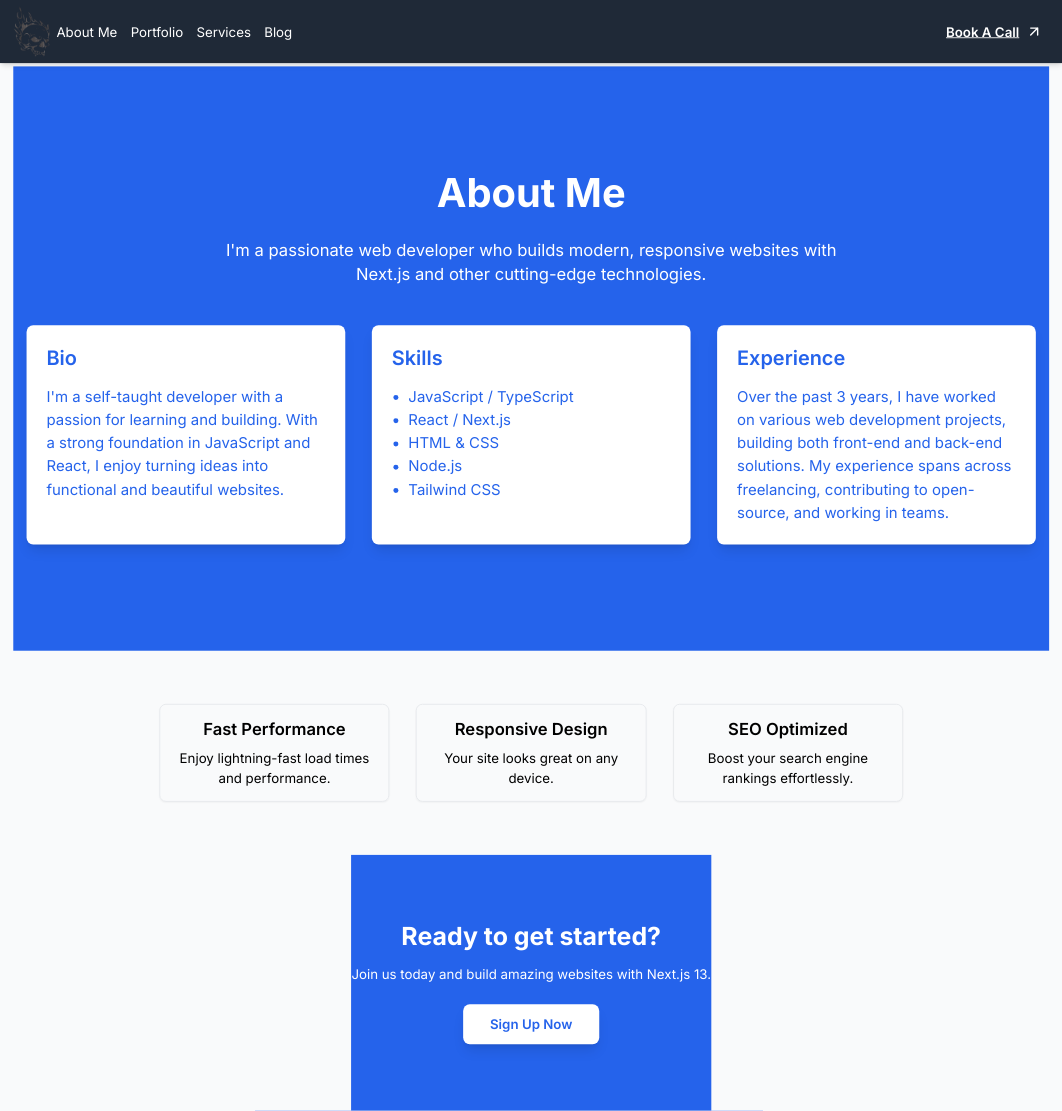
Repository: TheSecretlifeOfX/landing1
Page: /
These files come from the project's save history. The page is drawn as it stood at one moment and after the next save; the edit follows.
The browser window is 1280 px wide. The pictures show the whole page, at 83% of full size.
The project was rebuilt for these pictures with package versions that can differ from the ones it lists, and the page was loaded fresh each time. The framework's server and built-in components were replaced by stand-ins that run in the browser. Also part of the build but not shown: next.config.js.

Above is the page before, as saved 2024-11-14 13:40:25.

After the next save:
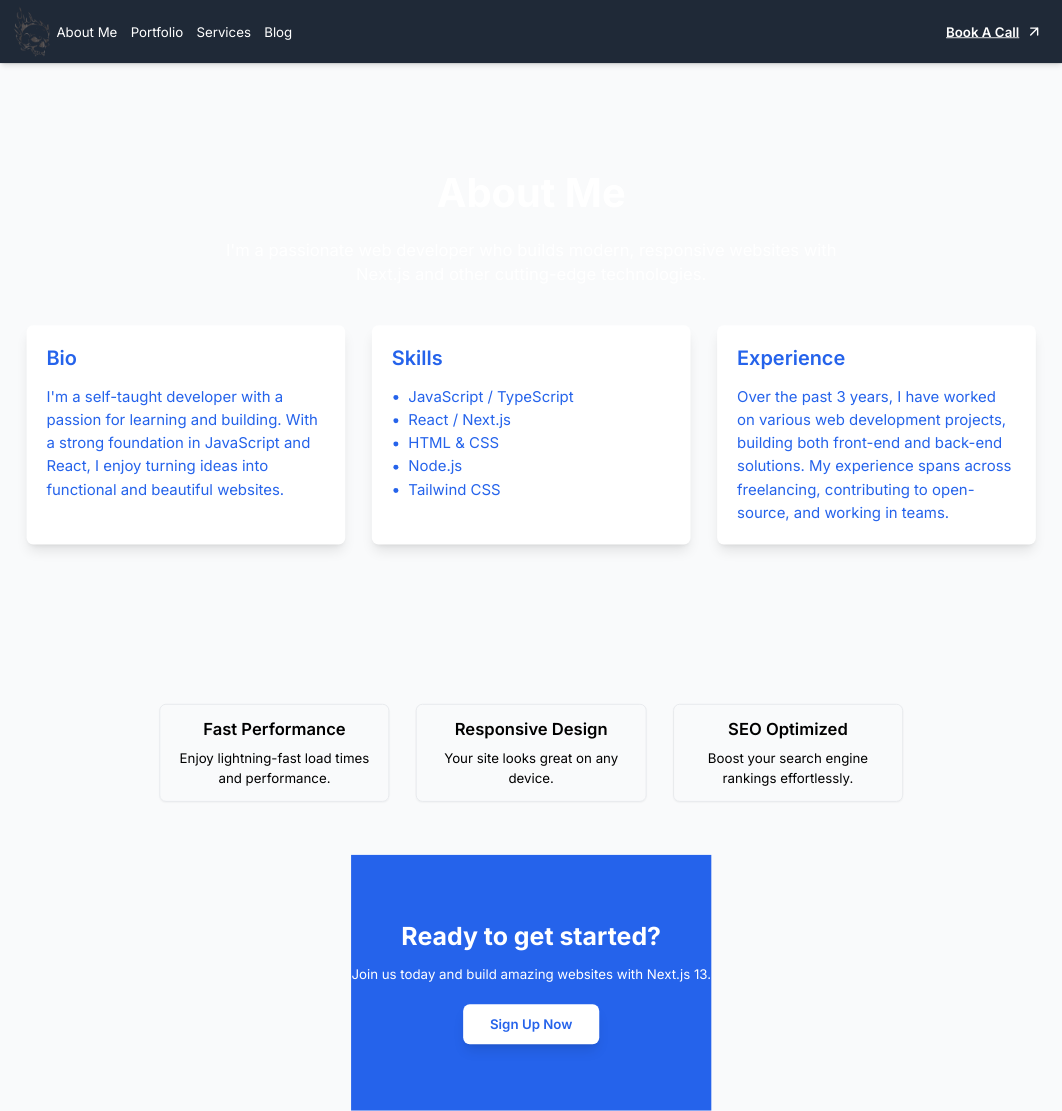
Saved 70 s later.
--- a/app/components/HeroSection.tsx
+++ b/app/components/HeroSection.tsx
@@ -3,7 +3,7 @@ export default function HeroSection() {
   return (
     <section
       id="hero"
-      className="w-full py-32 bg-blue-600 text-white flex flex-col items-center justify-center mt-20"
+      className="w-full py-32 bg-white-600 text-white flex flex-col items-center justify-center mt-20"
     >
       <h1 className="text-5xl font-bold mb-8">About Me</h1>
       <p className="text-xl mb-12 max-w-3xl text-center">
